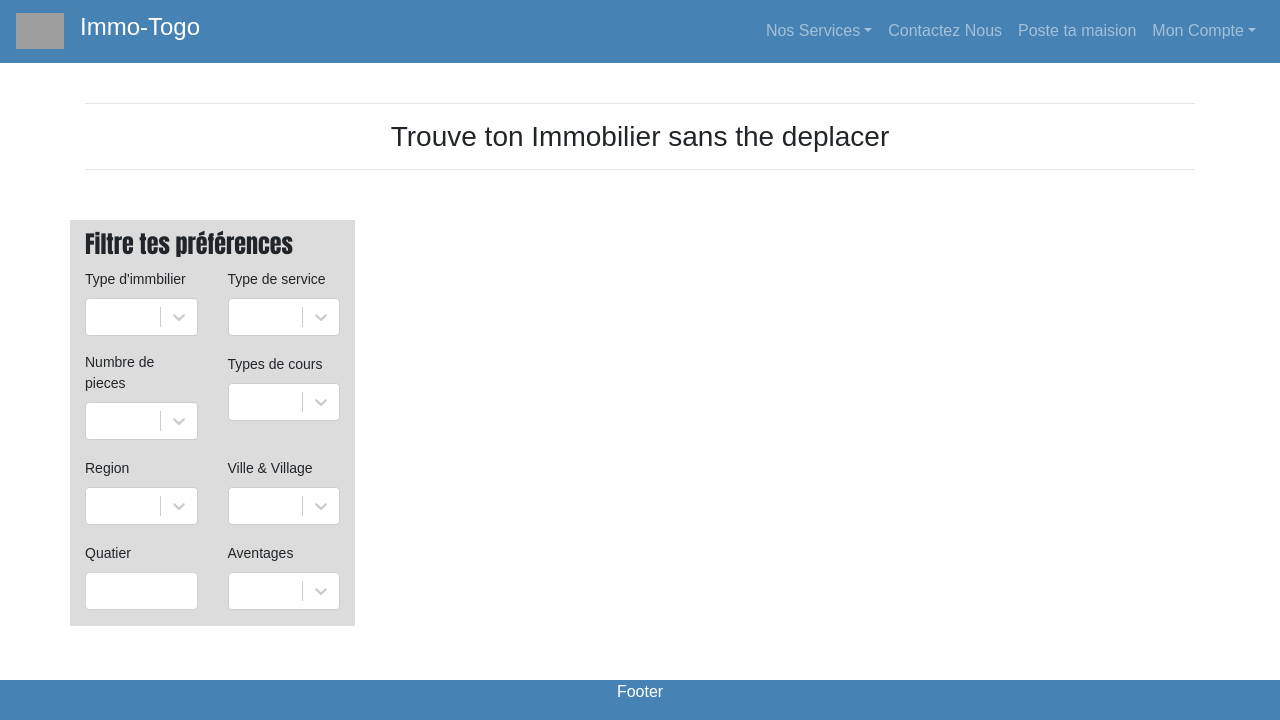
Repository: TAYLOR-YAO/immobilier-togo
Page: / (app in client/)
The author's editor kept a copy of each file at every save. The page is drawn from the files as they stood at one save, then again after the next save.
The browser window is 1280 px wide. The pictures show the whole page.
Pictures or frames that could not be fetched are drawn as grey boxes. The page's requests for data from a server got no answer. The project was rebuilt for these pictures with package versions that can differ from the ones it lists, and the page was loaded fresh each time. No one was signed in, and anything a server would have sent is missing. Also part of the build but not shown: client/src/Components/RegisterHouses/RegisterHouse.css, client/src/Components/RegisterHouses/RegisterHouse.js, client/src/Components/Test_file.js, client/src/Components/test-2.js.

Above is the page before, as saved 2020-05-14 20:50:11.

After the next save:
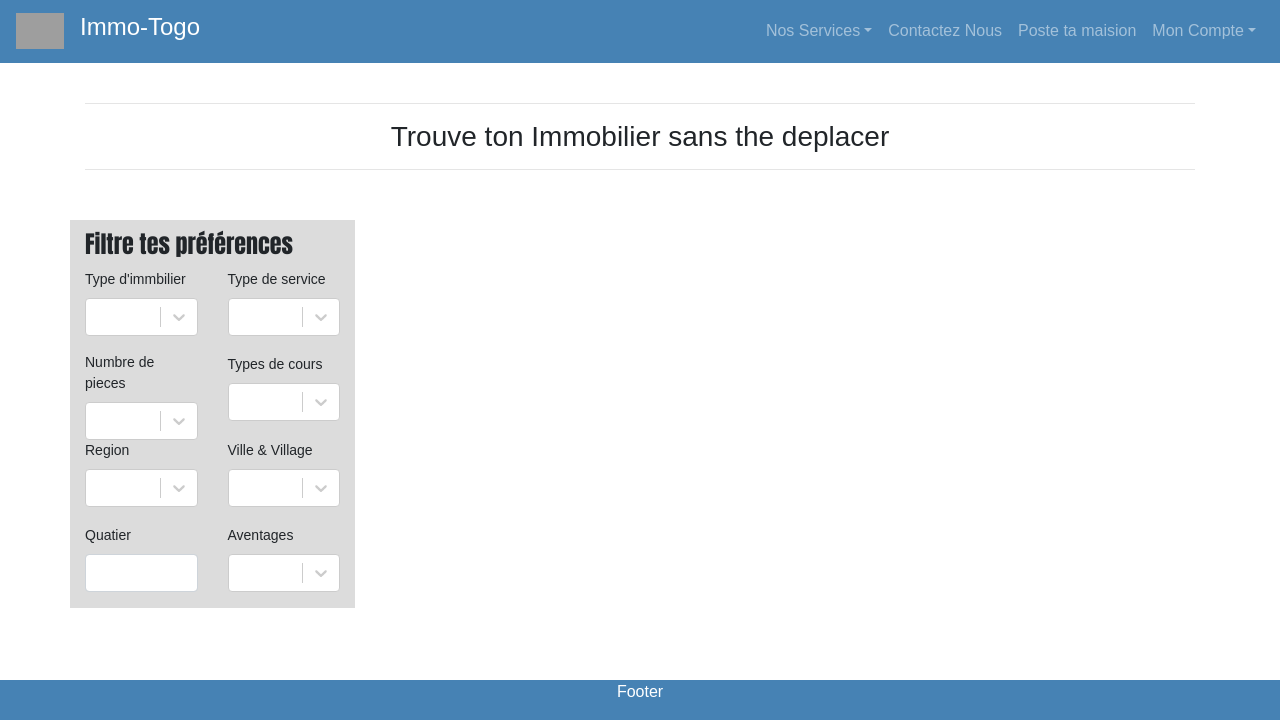
Saved 50 s later.
--- a/client/src/Components/LendingPage/LendingPage.css
+++ b/client/src/Components/LendingPage/LendingPage.css
@@ -6,6 +6,6 @@
 
 }
 
-#root > div > div:nth-child(2) > div > div.row > div.col-sm-3 > div:nth-child(2) > div:nth-child(1) > div > div > div{
+#root > div > div:nth-child(2) > div > div.row > div.col-sm-3 > div:nth-child(3) > div:nth-child(1) > div > div{
     height: 20px !important;
 }
